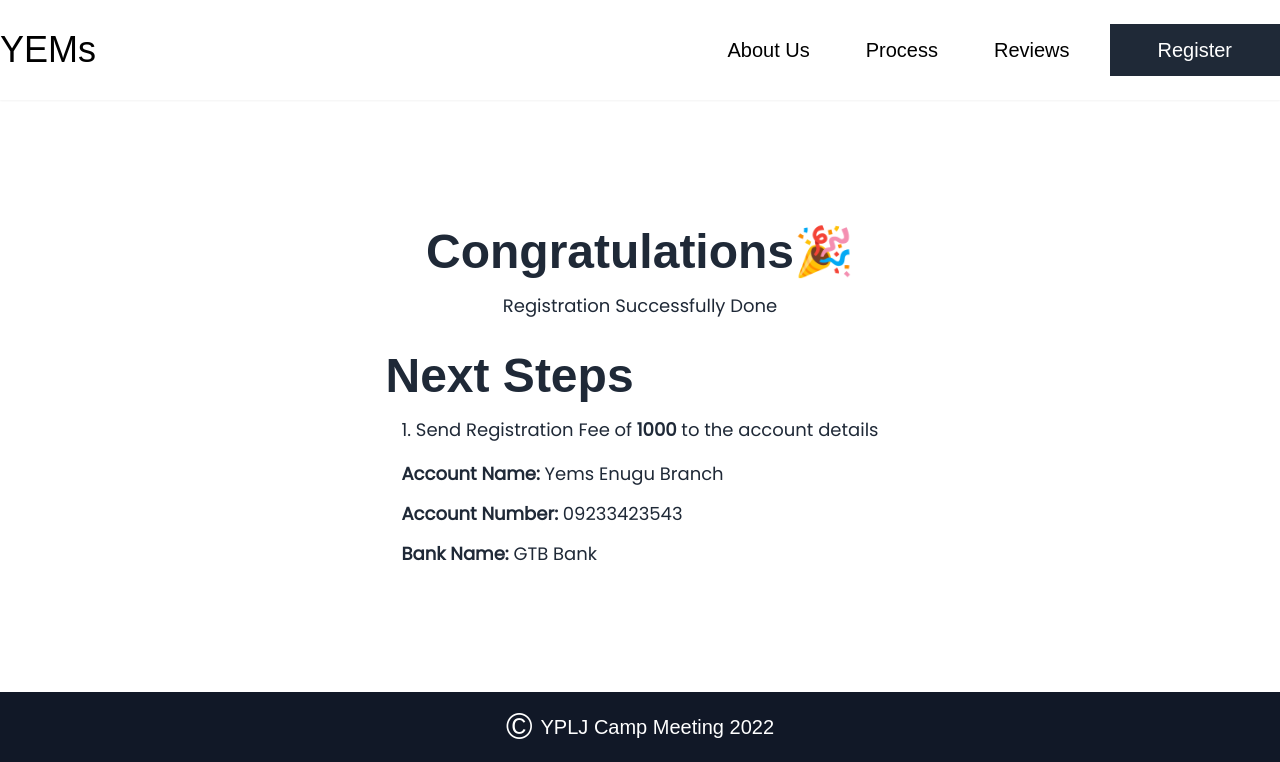
Repository: Ifenna-Pascal/user-camp-onboarding
Page: /dashboard
These files come from the project's save history. The page is drawn as it stood at one moment and after the next save; the edit follows.
The browser window is 1280 px wide. The pictures show the whole page.
Some web fonts or font styles are not loaded; a fallback is used. The project was rebuilt for these pictures with package versions that can differ from the ones it lists, and the page was loaded fresh each time. The framework's server and built-in components were replaced by stand-ins that run in the browser. Also part of the build but not shown: next.config.js.

Above is the page before, as saved 2022-11-27 08:19:21.

After the next save:
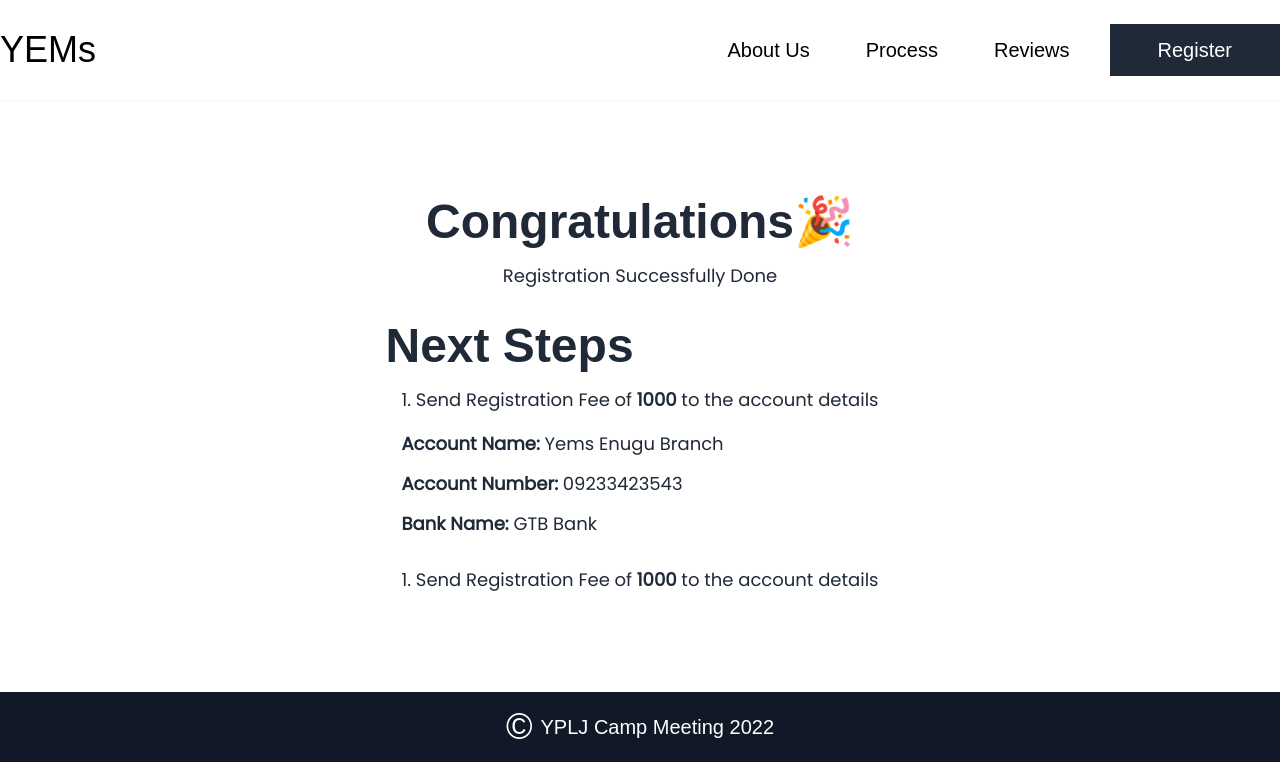
Saved 40 s later.
--- a/pages/dashboard.jsx
+++ b/pages/dashboard.jsx
@@ -28,6 +28,10 @@ function Dashboard() {
             <b>Bank Name:</b> GTB Bank
           </p>
         </div>
+        <p className="block text-base  lg:text-lg text-left px-4 font-poppins text-gray-800 leading-[30px] py-2 lg:py-4">
+          1. Send Registration Fee of <strong>1000</strong> to the account
+          details
+        </p>
       </div>
     </div>
   );
